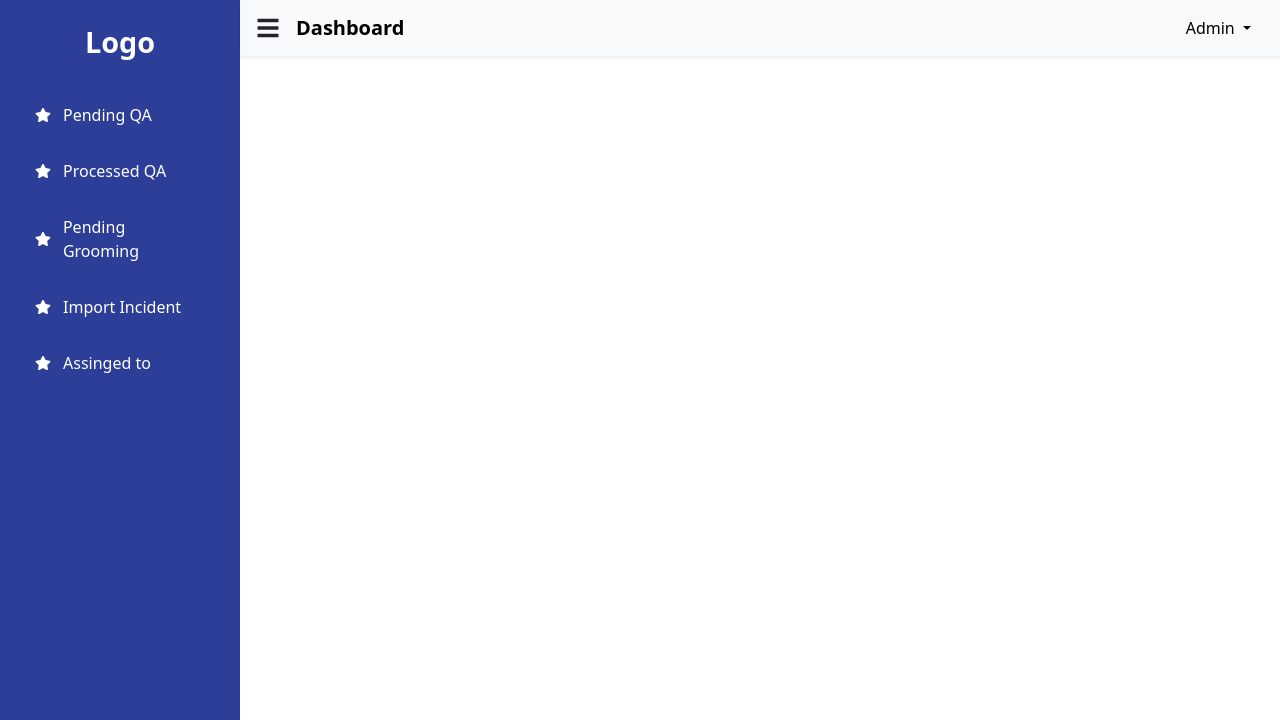
Repository: ArunGOW/ServiceNow_QA-audit
Page: /dashboard
These files come from the project's save history. The page is drawn as it stood at one moment and after the next save; the edit follows.
The browser window is 1280 px wide. The pictures show the whole page.
The project was rebuilt for these pictures with package versions that can differ from the ones it lists, and the page was loaded fresh each time. Also part of the build but not shown: vite.config.js, src/components/Login.jsx, src/components/layout/Topbar.css, src/hooks/usePendingIncidents.jsx, src/components/tables/PendingQATable.jsx, src/pages/PendingQAPage.jsx, src/hooks/useProcessedIncidents.jsx, src/components/tables/ProcessedQATable.jsx and 3 more.

Above is the page before, as saved 2025-09-10 18:50:32.

### index.html
<!doctype html>
<html lang="en">
  <head>
    <meta charset="UTF-8" />
    <link rel="icon" href="data:," />
    <meta name="viewport" content="width=device-width, initial-scale=1.0" />
    <title>QA Tool</title>
  </head>
  <body>
    <div id="root"></div>
    <script type="module" src="/src/main.jsx"></script>
  </body>
</html>

### src/main.jsx
 import React from "react";
import ReactDOM from "react-dom/client";
import { BrowserRouter } from "react-router-dom";
import App from "./App";
import 'bootstrap/dist/css/bootstrap.min.css';


ReactDOM.createRoot(document.getElementById("root")).render(
  <BrowserRouter>
    <App />
  </BrowserRouter>
);

### src/App.jsx



//  import React from "react";
// import { Routes, Route, Navigate } from "react-router-dom";
// import Login from "./components/Login";
// import Dashboard from "./components/Dashboard";
// import { AuthProvider } from "./context/AuthContext";
// import ImportExcel from "./components/ImportExcel";


// function App() {
//   return (
//     <AuthProvider>
//       <Routes>

//         <Route path="/" element={<Navigate to="/login" replace />} />
//         <Route path="/login" element={<Login />} />
//         {/* <Route path="/dashboard" element={<Dashboard />} />
//         <Route path="/import-excel" element={<ImportExcel />} />

//         <Route path="/pending-qa" element={<Dashboard filter="Pending" />} /> */}
//         {/* ✅ Protect all dashboard routes */}
//         <Route
//           path="/dashboard/*"
//           element={
//             <ProtectedRoute>
//               <Layout>
//                 <Routes>
//                   <Route path="" element={<Dashboard />} />
//                   <Route path="processed-qa" element={<ProcessedQAPage />} />
//                   <Route path="pending-grooming" element={<GroomingPage />} />
//                   <Route path="import-incident" element={<ImportIncidentPage />} />
//                 </Routes>
//               </Layout>
//             </ProtectedRoute>
//           }
//         />


//       </Routes>
//     </AuthProvider>
//   );
// }

// export default App;

// src/App.jsx
import React from "react";
import { Routes, Route, Navigate } from "react-router-dom";
import Login from "./components/Login";
import Dashboard from "./components/Dashboard";
import { AuthProvider } from "./context/AuthContext";

// Pages
import PendingQAPage from "./pages/PendingQAPage";
import ProcessedQAPage from "./pages/ProcessedQAPage";
import GroomingPage from "./pages/GroomingPage";
import ImportIncidentPage from "./pages/ImportIncidentPage";

function App() {
  return (
    <AuthProvider>
      <Routes>
        {/* Redirect root to login */}
        <Route path="/" element={<Navigate to="/login" replace />} />

        {/* Login Page */}
        <Route path="/login" element={<Login />} />

        {/* Dashboard Layout with nested routes */}
        <Route path="/dashboard" element={<Dashboard />}>
          <Route path="pending-qa" element={<PendingQAPage />} />
          <Route path="processed-qa" element={<ProcessedQAPage />} />
          <Route path="pending-grooming" element={<GroomingPage />} />
          <Route path="import-incident" element={<ImportIncidentPage />} />
        </Route>
      </Routes>
    </AuthProvider>
  );
}

export default App;

### src/components/Dashboard.jsx
//  import { useState, useEffect, useContext } from "react";
// import axios from "axios";
// import Layout from "./layout/Layout";
// import PendingQATable from "./tables/PendingQATable";
// import ProcessedQATable from "./tables/ProcessedQATable";
// import PaginationControls from "./PaginationControls";
// import { AuthContext } from "../context/AuthContext";

// const Dashboard = () => {
//   const { user } = useContext(AuthContext); // ✅ get user info (user_sid)
//   const [pendingIncidents, setPendingIncidents] = useState([]);
//   const [processedIncidents, setProcessedIncidents] = useState([]);
//   const [loading, setLoading] = useState(true);
//   const [currentPage, setCurrentPage] = useState(1);
//   const [totalPages, setTotalPages] = useState(1);
//   const limit = 10;

//   useEffect(() => {
//     const fetchData = async () => {
//       if (!user?.user_sid) {
//         console.warn("⚠️ No user_sid found, skipping fetch.");
//         return;
//       }

//       setLoading(true);
//       try {
//         const skip = (currentPage - 1) * limit;

//         // ✅ Send skip, limit, and user_sid in POST body (NOT query string)
//         const res = await axios.post("http://localhost:8000/api/users/get/incidents", {
//           user_sid: user.user_sid,
//           skip,
//           limit,
//         });

//         console.log("📌 API Response:", res.data);

//         const allIncidents = res.data?.incidents || [];

//         setPendingIncidents(allIncidents.filter((i) => i.audit_status === "Pending"));
//         setProcessedIncidents(allIncidents.filter((i) => i.audit_status === "Completed"));

//         if (res.data?.totalCount) {
//           setTotalPages(Math.ceil(res.data.totalCount / limit));
//         }
//       } catch (error) {
//         console.error("❌ Error fetching incidents:", error);
//       } finally {
//         setLoading(false);
//       }
//     };

//     fetchData();
//   }, [currentPage, user]);

//   return (
//     <Layout>
//       <PendingQATable incidents={pendingIncidents} loading={loading} />
//       <ProcessedQATable incidents={processedIncidents} />
//       <div className="d-flex justify-content-center mt-3">
//         <PaginationControls
//           currentPage={currentPage}
//           totalPages={totalPages}
//           handlePrevious={() => setCurrentPage((p) => Math.max(p - 1, 1))}
//           handleNext={() => setCurrentPage((p) => p + 1)}
//         />
//       </div>
//     </Layout>
//   );
// };

// export default Dashboard;


// src/components/Dashboard.jsx
import { Outlet } from "react-router-dom";
import { useState } from "react";
import Sidebar from "./layout/Sidebar";
import Topbar from "./layout/Topbar";

const Dashboard = () => {
  const [sidebarOpen, setSidebarOpen] = useState(true);

  return (
    <div className="d-flex">
      {/* Sidebar */}
      {sidebarOpen && <Sidebar />}

      {/* Main Content */}
      <div className="flex-grow-1">
        <Topbar onToggleSidebar={() => setSidebarOpen(!sidebarOpen)} />
        <div className="p-3">
          <Outlet /> {/* Child routes render here */}
        </div>
      </div>
    </div>
  );
};

export default Dashboard;

### src/context/AuthContext.jsx
//  // src/context/AuthContext.jsx
// import { createContext, useContext, useState, useEffect } from "react";

// const AuthContext = createContext();

// export const AuthProvider = ({ children }) => {
//   const [user, setUser] = useState(null);

//   useEffect(() => {
//     const storedUser = localStorage.getItem("user");
//     if (storedUser) {
//       setUser(JSON.parse(storedUser));
//     }
//   }, []);

//   const login = (userData) => {
//     setUser(userData);
//     localStorage.setItem("user", JSON.stringify(userData));
//   };

//   const logout = () => {
//     setUser(null);
//     localStorage.removeItem("user");
//   };

//   return (
//     <AuthContext.Provider value={{ user, login, logout }}>
//       {children}
//     </AuthContext.Provider>
//   );
// };

// // ✅ Add this export
// export const useAuth = () => useContext(AuthContext);


// src/context/AuthContext.jsx
import React, { createContext, useContext, useState, useEffect } from "react";

const AuthContext = createContext();

export const AuthProvider = ({ children }) => {
  const [user, setUser] = useState(null);

  useEffect(() => {
    const storedUser = localStorage.getItem("user");
    if (storedUser) {
      setUser(JSON.parse(storedUser));
    }
  }, []);

  const login = (userData) => {
    setUser(userData);
    localStorage.setItem("user", JSON.stringify(userData));
  };

  const logout = () => {
    setUser(null);
    localStorage.removeItem("user");
  };

  return (
    <AuthContext.Provider value={{ user, login, logout }}>
      {children}
    </AuthContext.Provider>
  );
};

export const useAuth = () => useContext(AuthContext);

### src/components/layout/sidebar.jsx
//  // src/components/layout/Sidebar.jsx
// import { Nav } from "react-bootstrap";
// import { FaStar } from "react-icons/fa";
// import { Link, useLocation } from "react-router-dom";

// const Sidebar = () => {
//   const location = useLocation();

//   const menuItems = [
//     { path: "/pending-qa", label: "Pending QA" },
//     { path: "/processed-qa", label: "Processed QA" },
//     { path: "/pending-grooming", label: "Pending Grooming" },
//     { path: "/import-incident", label: "Import Incident" },
//     { path: "/export-incident", label: "Export Incident" },
//   ];

//   return (
//     <div>
//       <h2 className="p-3 fw-bold border-bottom">Logo</h2>
//       <Nav className="flex-column">
//         {menuItems.map((item) => (
//           <Nav.Item key={item.path}>
//             <Link
//               to={item.path}
//               className={`d-flex align-items-center px-3 py-2 text-decoration-none ${
//                 location.pathname === item.path
//                   ? "bg-light text-dark rounded"
//                   : "text-white"
//               }`}
//             >
//               <FaStar className="me-2" />
//               {item.label}
//             </Link>
//           </Nav.Item>
//         ))}
//       </Nav>
//     </div>
//   );
// };

// export default Sidebar;


// src/components/layout/Sidebar.jsx
import { NavLink } from "react-router-dom";
import { FaStar } from "react-icons/fa";
import "./Sidebar.css";

const Sidebar = () => {
  return (
    <div className="sidebar">
      <div className="logo">Logo</div>
      <nav>
        <NavLink to="/dashboard/pending-qa" activeClassName="active">
          <FaStar /> Pending QA
        </NavLink>
        <NavLink to="/dashboard/processed-qa" activeClassName="active">
          <FaStar /> Processed QA
        </NavLink>
        <NavLink to="/dashboard/pending-grooming" activeClassName="active">
          <FaStar /> Pending Grooming
        </NavLink>

        <NavLink to="/dashboard/import-incident" activeClassName="active">
          <FaStar /> Import Incident
        </NavLink>
        <NavLink to="/export-incident" activeClassName="active">
          <FaStar />  Assinged to
        </NavLink>
      </nav>
    </div>
  );
};

export default Sidebar;

### src/components/layout/Topbar.jsx
// // src/components/layout/Topbar.jsx
// import { Navbar, Nav, Dropdown } from "react-bootstrap";
// import { FaBars } from "react-icons/fa";


// const Topbar = ({ onToggleSidebar }) => {
//   return (
//     <Navbar bg="light" expand="lg" className="shadow-sm px-3">
//       <FaBars
//         className="me-3"
//         style={{ cursor: "pointer", fontSize: "1.5rem" }}
//         onClick={onToggleSidebar}
//       />
//       <Navbar.Brand className="fw-bold">Dashboard</Navbar.Brand>
//       <Nav className="ms-auto">
//         <Dropdown align="end">
//           <Dropdown.Toggle variant="light" id="dropdown-basic">
//             Admin
//           </Dropdown.Toggle>
//           <Dropdown.Menu>
//             <Dropdown.Item>Profile</Dropdown.Item>
//             <Dropdown.Item>Logout</Dropdown.Item>
//           </Dropdown.Menu>
//         </Dropdown>
//       </Nav>
//     </Navbar>
//   );
// };

// export default Topbar;


 // src/components/layout/Topbar.jsx
import { Navbar, Nav, Dropdown } from "react-bootstrap";
import { FaBars } from "react-icons/fa";
import { useAuth } from "../../context/AuthContext";   // ✅ import hook
import { useNavigate } from "react-router-dom";
import './Topbar.css'

const Topbar = ({ onToggleSidebar }) => {
  const { logout, user } = useAuth();  // ✅ get user + logout
  const navigate = useNavigate();

  const handleLogout = () => {
    logout();            // clear user + localStorage
    navigate("/login");  // redirect to login page
  };

  return (
    <Navbar bg="light" expand="lg" className="shadow-sm px-3">
      <FaBars
        className="me-3"
        style={{ cursor: "pointer", fontSize: "1.5rem" }}
        onClick={onToggleSidebar}
      />
      <Navbar.Brand className="fw-bold">Dashboard</Navbar.Brand>
      <Nav className="ms-auto">
        <Dropdown align="end">
          <Dropdown.Toggle variant="light" id="dropdown-basic">
            {user?.name || "Admin"}  {/* ✅ show logged-in user name */}
          </Dropdown.Toggle>
          <Dropdown.Menu>
            <Dropdown.Item>Profile</Dropdown.Item>
            <Dropdown.Item onClick={handleLogout}>Logout</Dropdown.Item>
          </Dropdown.Menu>
        </Dropdown>
      </Nav>
    </Navbar>
  );
};

export default Topbar;

### src/components/layout/Sidebar.css
/* src/components/layout/Sidebar.css */
.sidebar {
  height: 100vh;
  width: 240px;
  background-color: #2c3e97; /* Deep Blue */
  color: white;
  display: flex;
  flex-direction: column;
  padding: 20px;
}

.sidebar .logo {
  font-size: 1.8rem;
  font-weight: bold;
  text-align: center;
  margin-bottom: 30px;
}

.sidebar nav {
  display: flex;
  flex-direction: column;
  gap: 12px;
}

.sidebar a {
  display: flex;
  align-items: center;
  gap: 12px;
  padding: 10px 15px;
  text-decoration: none;
  color: white;
  font-size: 1rem;
  border-radius: 6px;
  transition: all 0.3s ease;
}

.sidebar a:hover {
  background-color: rgba(255, 255, 255, 0.15);
}

.sidebar a.active {
  background-color: white;
  color: #2c3e97;
  font-weight: bold;
}

.sidebar hr {
  border: none;
  border-top: 1px solid rgba(255, 255, 255, 0.2);
  margin: 15px 0;
}

After the next save:
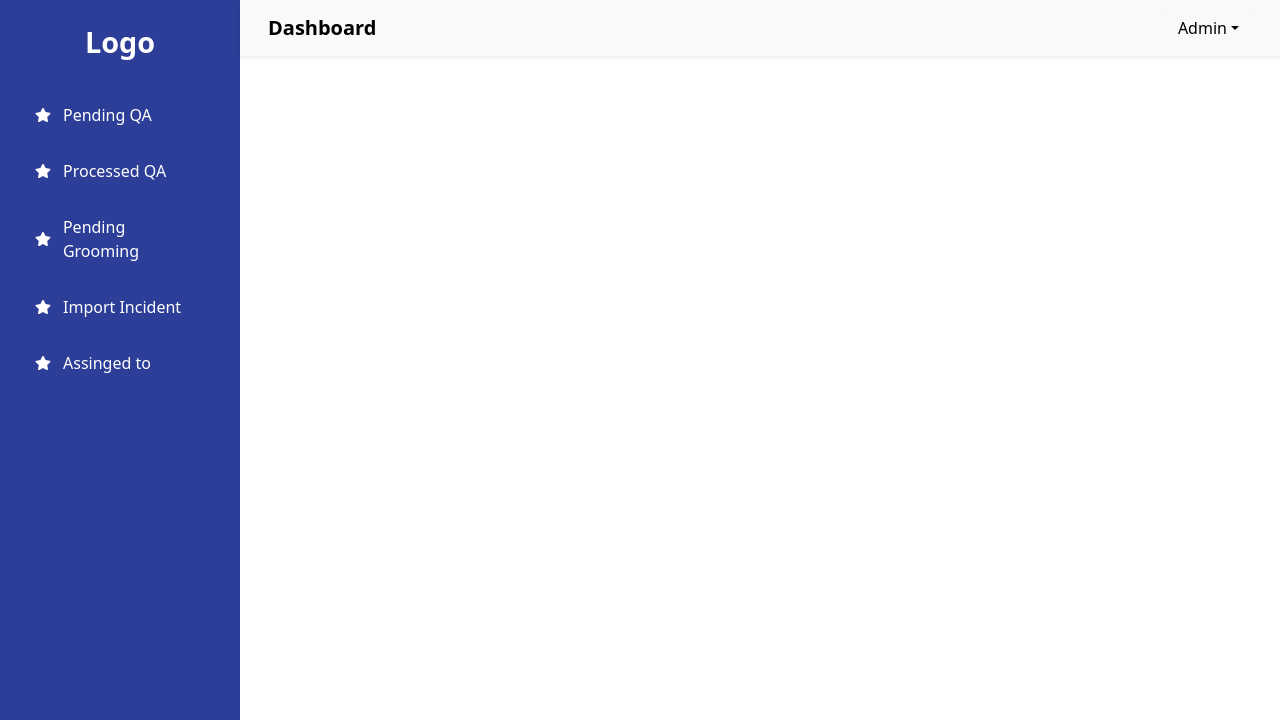
Saved 5 min 45 s later.
--- a/src/components/layout/Topbar.jsx
+++ b/src/components/layout/Topbar.jsx
@@ -31,40 +31,79 @@
 
 
  // src/components/layout/Topbar.jsx
-import { Navbar, Nav, Dropdown } from "react-bootstrap";
+// import { Navbar, Nav, Dropdown } from "react-bootstrap";
+// import { FaBars } from "react-icons/fa";
+// import { useAuth } from "../../context/AuthContext";   // ✅ import hook
+// import { useNavigate } from "react-router-dom";
+// import './Topbar.css'
+
+// const Topbar = ({ onToggleSidebar }) => {
+//   const { logout, user } = useAuth();  //  get user + logout
+//   const navigate = useNavigate();
+
+//   const handleLogout = () => {
+//     logout();            // clear user + localStorage
+//     navigate("/login");  // redirect to login page
+//   };
+
+//   return (
+//     <Navbar bg="light" expand="lg" className="shadow-sm px-3">
+//       <FaBars
+//         className="me-3"
+//         style={{ cursor: "pointer", fontSize: "1.5rem" }}
+//         onClick={onToggleSidebar}
+//       />
+//       <Navbar.Brand className="fw-bold">Dashboard</Navbar.Brand>
+//       <Nav className="ms-auto">
+//         <Dropdown align="end">
+//           <Dropdown.Toggle variant="light" id="dropdown-basic">
+//             {user?.name || "Admin"}  {/*  show logged-in user name */}
+//           </Dropdown.Toggle>
+//           <Dropdown.Menu>
+//             <Dropdown.Item>Profile</Dropdown.Item>
+//             <Dropdown.Item onClick={handleLogout}>Logout</Dropdown.Item>
+//           </Dropdown.Menu>
+//         </Dropdown>
+//       </Nav>
+//     </Navbar>
+//   );
+// };
+
+// export default Topbar;
+
+import { Navbar, Nav, Dropdown, Container } from "react-bootstrap";
 import { FaBars } from "react-icons/fa";
-import { useAuth } from "../../context/AuthContext";   // ✅ import hook
-import { useNavigate } from "react-router-dom";
-import './Topbar.css'
 
 const Topbar = ({ onToggleSidebar }) => {
-  const { logout, user } = useAuth();  // ✅ get user + logout
-  const navigate = useNavigate();
-
-  const handleLogout = () => {
-    logout();            // clear user + localStorage
-    navigate("/login");  // redirect to login page
-  };
-
   return (
     <Navbar bg="light" expand="lg" className="shadow-sm px-3">
-      <FaBars
-        className="me-3"
-        style={{ cursor: "pointer", fontSize: "1.5rem" }}
-        onClick={onToggleSidebar}
-      />
-      <Navbar.Brand className="fw-bold">Dashboard</Navbar.Brand>
-      <Nav className="ms-auto">
-        <Dropdown align="end">
-          <Dropdown.Toggle variant="light" id="dropdown-basic">
-            {user?.name || "Admin"}  {/* ✅ show logged-in user name */}
-          </Dropdown.Toggle>
-          <Dropdown.Menu>
-            <Dropdown.Item>Profile</Dropdown.Item>
-            <Dropdown.Item onClick={handleLogout}>Logout</Dropdown.Item>
-          </Dropdown.Menu>
-        </Dropdown>
-      </Nav>
+      <Container fluid>
+        {/* Sidebar toggle button */}
+        <FaBars
+          className="me-3 d-lg-none" // only visible on small/medium screens
+          style={{ cursor: "pointer", fontSize: "1.5rem" }}
+          onClick={onToggleSidebar}
+        />
+
+        <Navbar.Brand className="fw-bold">Dashboard</Navbar.Brand>
+
+        {/* Collapse button for Topbar itself */}
+        <Navbar.Toggle aria-controls="basic-navbar-nav" />
+
+        <Navbar.Collapse id="basic-navbar-nav">
+          <Nav className="ms-auto">
+            <Dropdown align="end">
+              <Dropdown.Toggle variant="light" id="dropdown-basic">
+                Admin
+              </Dropdown.Toggle>
+              <Dropdown.Menu>
+                <Dropdown.Item>Profile</Dropdown.Item>
+                <Dropdown.Item>Logout</Dropdown.Item>
+              </Dropdown.Menu>
+            </Dropdown>
+          </Nav>
+        </Navbar.Collapse>
+      </Container>
     </Navbar>
   );
 };

After the save that followed:
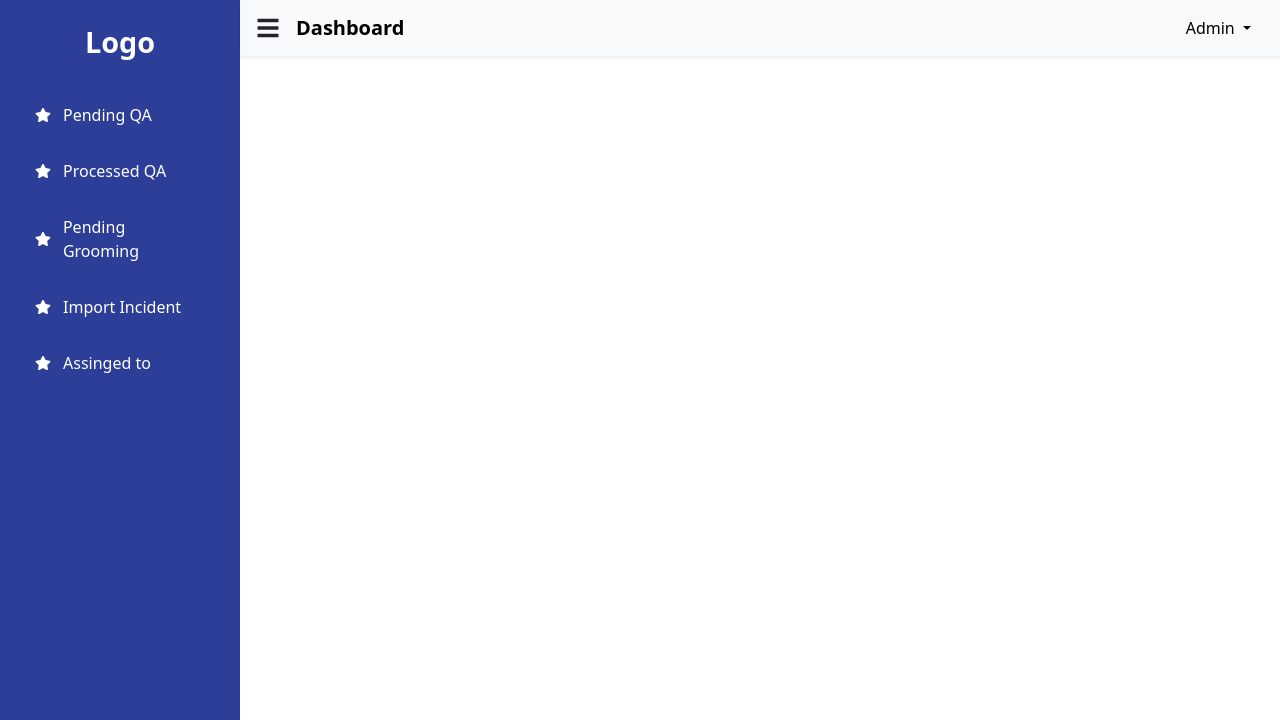
Saved 22 s later.
--- a/src/components/layout/Topbar.jsx
+++ b/src/components/layout/Topbar.jsx
@@ -31,79 +31,40 @@
 
 
  // src/components/layout/Topbar.jsx
-// import { Navbar, Nav, Dropdown } from "react-bootstrap";
-// import { FaBars } from "react-icons/fa";
-// import { useAuth } from "../../context/AuthContext";   // ✅ import hook
-// import { useNavigate } from "react-router-dom";
-// import './Topbar.css'
-
-// const Topbar = ({ onToggleSidebar }) => {
-//   const { logout, user } = useAuth();  //  get user + logout
-//   const navigate = useNavigate();
-
-//   const handleLogout = () => {
-//     logout();            // clear user + localStorage
-//     navigate("/login");  // redirect to login page
-//   };
-
-//   return (
-//     <Navbar bg="light" expand="lg" className="shadow-sm px-3">
-//       <FaBars
-//         className="me-3"
-//         style={{ cursor: "pointer", fontSize: "1.5rem" }}
-//         onClick={onToggleSidebar}
-//       />
-//       <Navbar.Brand className="fw-bold">Dashboard</Navbar.Brand>
-//       <Nav className="ms-auto">
-//         <Dropdown align="end">
-//           <Dropdown.Toggle variant="light" id="dropdown-basic">
-//             {user?.name || "Admin"}  {/*  show logged-in user name */}
-//           </Dropdown.Toggle>
-//           <Dropdown.Menu>
-//             <Dropdown.Item>Profile</Dropdown.Item>
-//             <Dropdown.Item onClick={handleLogout}>Logout</Dropdown.Item>
-//           </Dropdown.Menu>
-//         </Dropdown>
-//       </Nav>
-//     </Navbar>
-//   );
-// };
-
-// export default Topbar;
-
-import { Navbar, Nav, Dropdown, Container } from "react-bootstrap";
+import { Navbar, Nav, Dropdown } from "react-bootstrap";
 import { FaBars } from "react-icons/fa";
+import { useAuth } from "../../context/AuthContext";   // ✅ import hook
+import { useNavigate } from "react-router-dom";
+import './Topbar.css'
 
 const Topbar = ({ onToggleSidebar }) => {
+  const { logout, user } = useAuth();  //  get user + logout
+  const navigate = useNavigate();
+
+  const handleLogout = () => {
+    logout();            // clear user + localStorage
+    navigate("/login");  // redirect to login page
+  };
+
   return (
     <Navbar bg="light" expand="lg" className="shadow-sm px-3">
-      <Container fluid>
-        {/* Sidebar toggle button */}
-        <FaBars
-          className="me-3 d-lg-none" // only visible on small/medium screens
-          style={{ cursor: "pointer", fontSize: "1.5rem" }}
-          onClick={onToggleSidebar}
-        />
-
-        <Navbar.Brand className="fw-bold">Dashboard</Navbar.Brand>
-
-        {/* Collapse button for Topbar itself */}
-        <Navbar.Toggle aria-controls="basic-navbar-nav" />
-
-        <Navbar.Collapse id="basic-navbar-nav">
-          <Nav className="ms-auto">
-            <Dropdown align="end">
-              <Dropdown.Toggle variant="light" id="dropdown-basic">
-                Admin
-              </Dropdown.Toggle>
-              <Dropdown.Menu>
-                <Dropdown.Item>Profile</Dropdown.Item>
-                <Dropdown.Item>Logout</Dropdown.Item>
-              </Dropdown.Menu>
-            </Dropdown>
-          </Nav>
-        </Navbar.Collapse>
-      </Container>
+      <FaBars
+        className="me-3"
+        style={{ cursor: "pointer", fontSize: "1.5rem" }}
+        onClick={onToggleSidebar}
+      />
+      <Navbar.Brand className="fw-bold">Dashboard</Navbar.Brand>
+      <Nav className="ms-auto">
+        <Dropdown align="end">
+          <Dropdown.Toggle variant="light" id="dropdown-basic">
+            {user?.name || "Admin"}  {/*  show logged-in user name */}
+          </Dropdown.Toggle>
+          <Dropdown.Menu>
+            <Dropdown.Item>Profile</Dropdown.Item>
+            <Dropdown.Item onClick={handleLogout}>Logout</Dropdown.Item>
+          </Dropdown.Menu>
+        </Dropdown>
+      </Nav>
     </Navbar>
   );
 };
